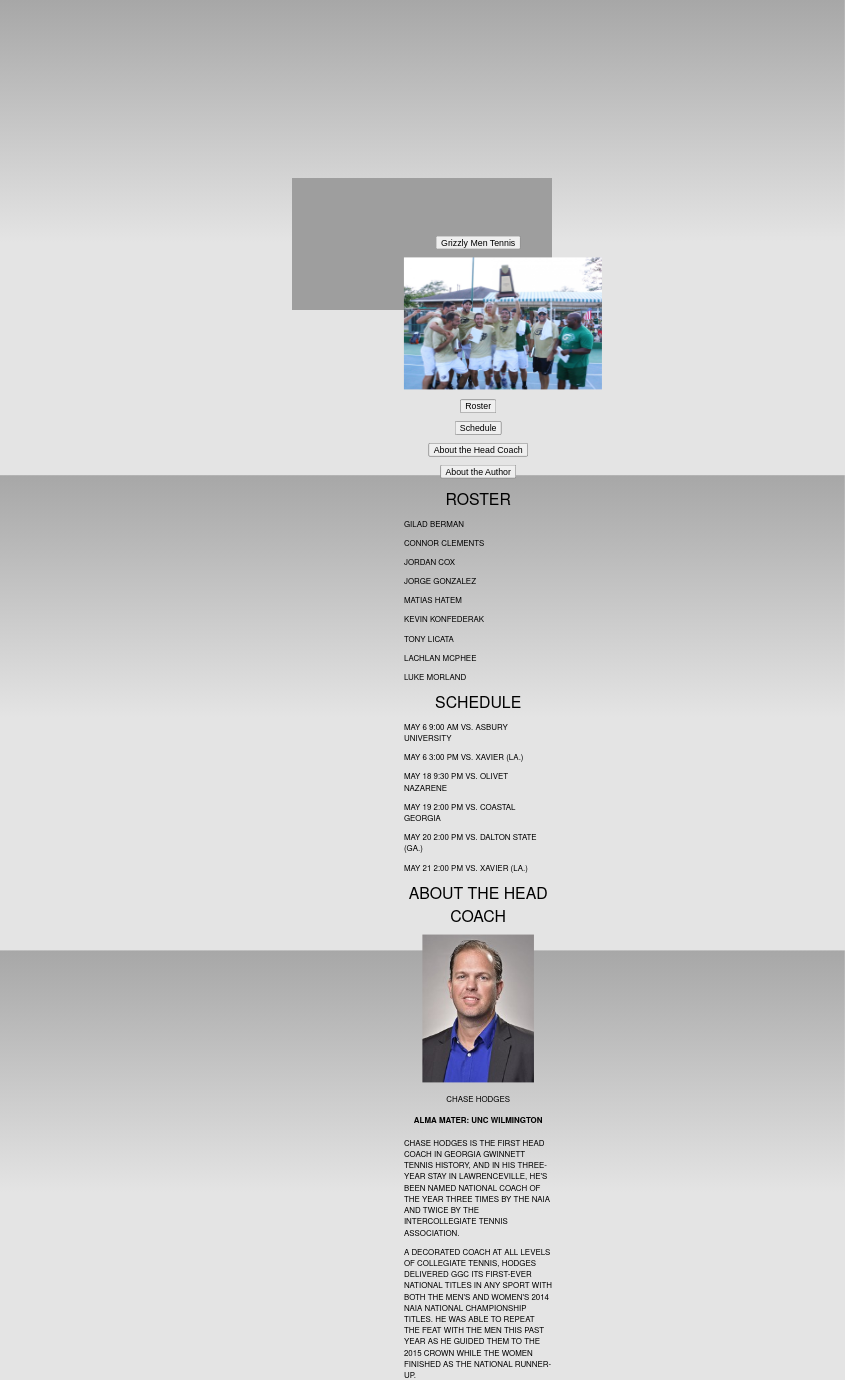
Repository: qtran3/itec4550
Page: EXAM1/TennisAppWebView/index.html
The author's editor kept a copy of each file at every save. The page is drawn from the files as they stood at one save, then again after the next save.
The browser window is 1280 px wide. The pictures show the whole page, at 66% of full size.
Pictures or frames that could not be fetched are drawn as grey boxes. Backgrounds fixed to the window are drawn as part of the page.

Above is the page before, as saved 2016-06-01 16:49:09.

After the next save:
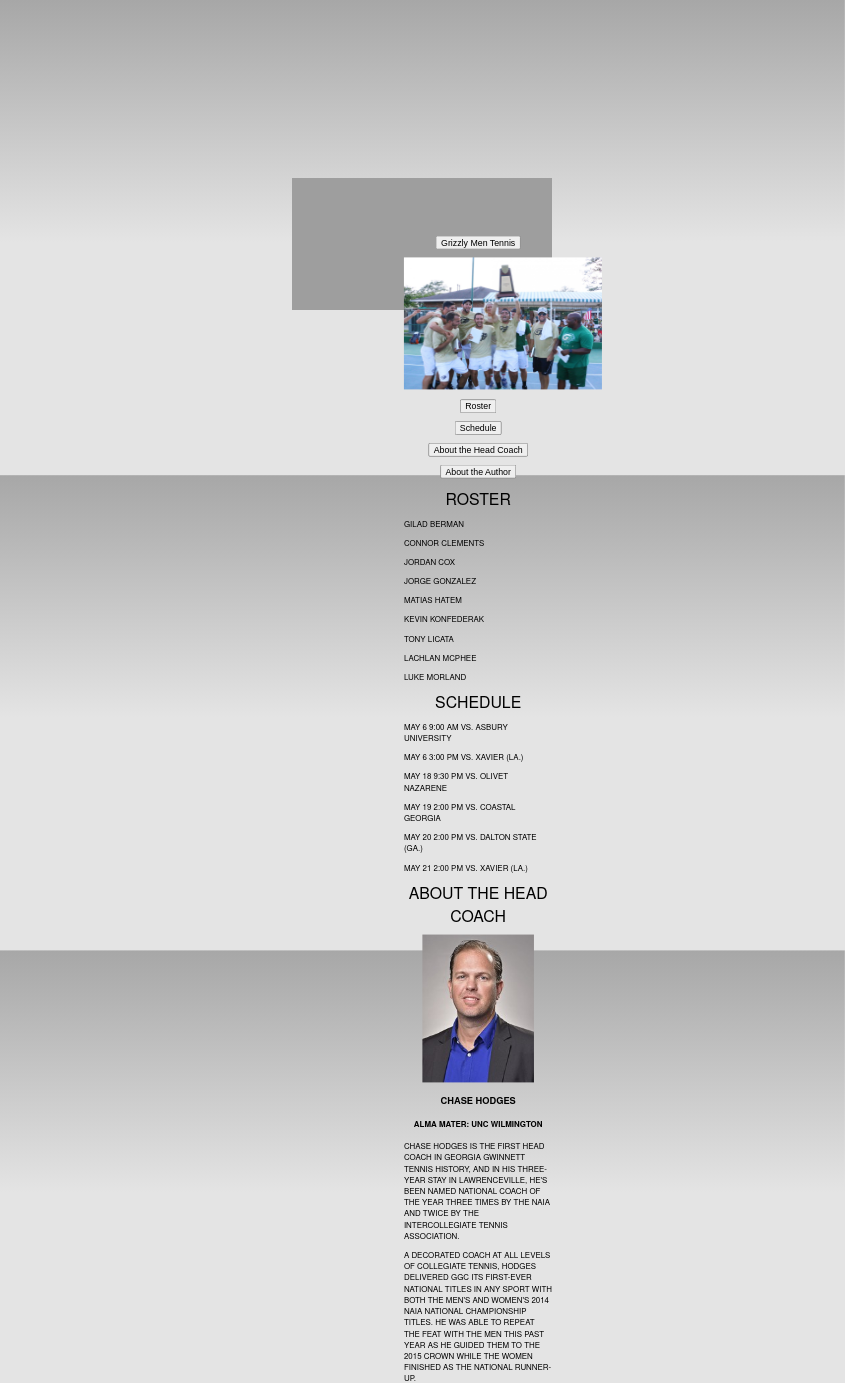
Saved 60 s later.
--- a/EXAM1/TennisAppWebView/index.html
+++ b/EXAM1/TennisAppWebView/index.html
@@ -87,7 +87,7 @@
 					<p>
 						<img src="img/chase_hodges_1142_mtn.jpg"/>
 					</p>
-					<p>Chase Hodges</p>
+					<h3>Chase Hodges</h3>
 					<h4>ALMA MATER: UNC WILMINGTON</h4>
 					<p align="left">	Chase Hodges is the first head coach in Georgia Gwinnett tennis history, and in his three-year stay in Lawrenceville, he's been named national coach of the year three times by the NAIA and twice by the Intercollegiate Tennis Association. </p>
 					<p align="left">	A decorated coach at all levels of collegiate tennis, Hodges delivered GGC its first-ever national titles in any sport with both the Men's and Women's 2014 NAIA National Championship titles. He was able to repeat the feat with the men this past year as he guided them to the 2015 crown while the women finished as the national runner-up.</p>
